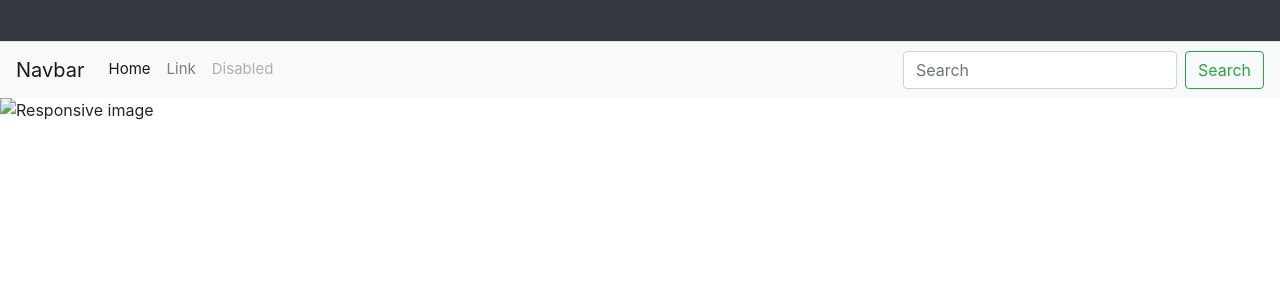
Repository: Alaa-OmarAlshobaki/portfolio
Page: index.html
These files come from the project's save history. The page is drawn as it stood at one moment and after the next save; the edit follows.
The browser window is 1280 px wide. The pictures show the whole page.
Some web fonts or font styles are not loaded; a fallback is used.

Above is the page before, as saved 2020-03-11 22:52:42.

After the next save:
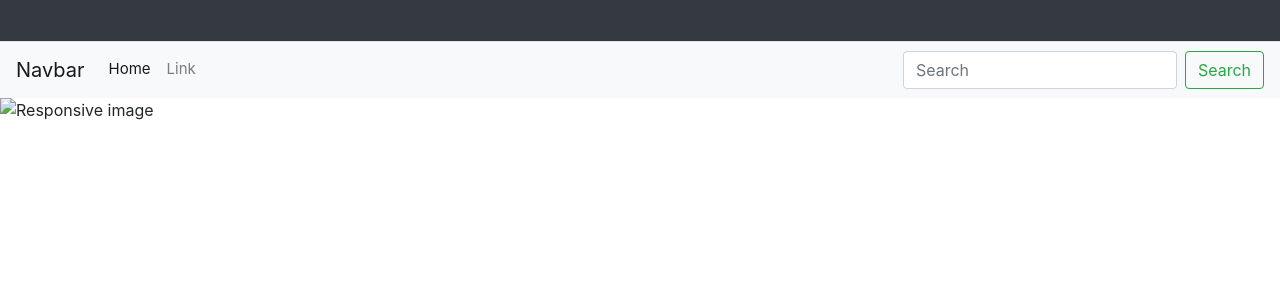
Saved 26 s later.
--- a/index.html
+++ b/index.html
@@ -65,9 +65,7 @@
           <li class="nav-item">
             <a class="nav-link" href="#">Link</a>
           </li>
-          <li class="nav-item">
-            <a class="nav-link disabled" href="#">Disabled</a>
-          </li>
+
         </ul>
         <form class="form-inline my-2 my-lg-0">
           <input class="form-control mr-sm-2" type="search" placeholder="Search">
